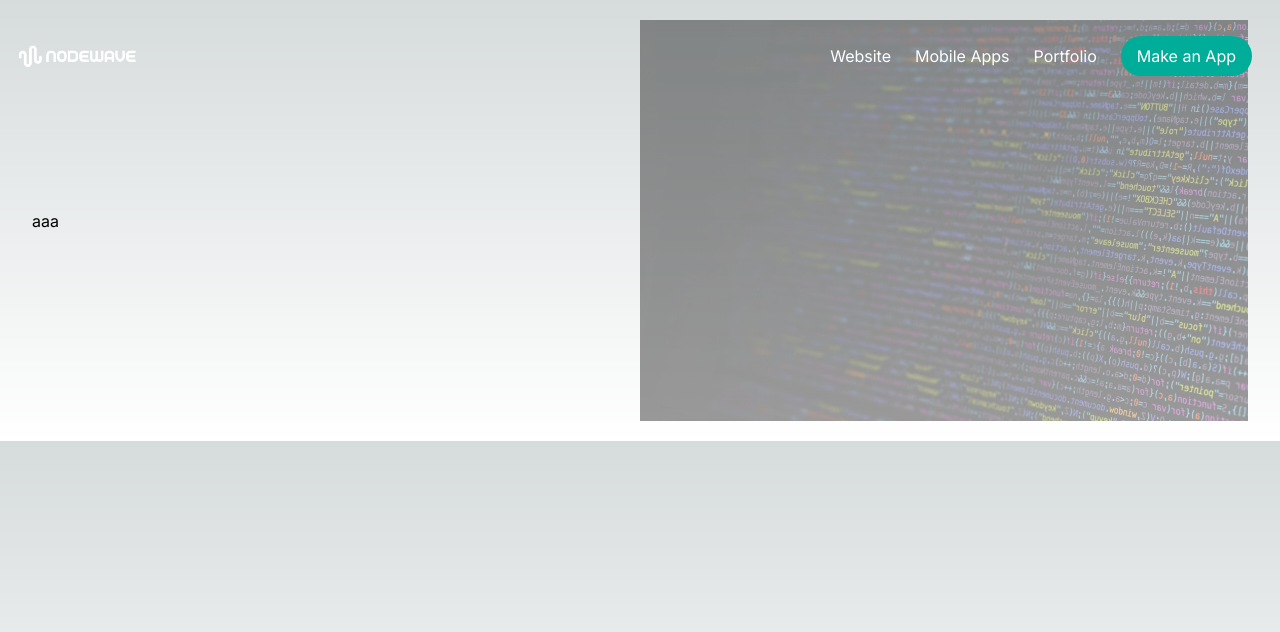
Repository: farrelmuhammad/nodewave
Page: /
An editor plug-in stored every save of this project. The page is shown before and after the next save, followed by the edit.
The browser window is 1280 px wide. The pictures show the whole page.
The project was rebuilt for these pictures with package versions that can differ from the ones it lists, and the page was loaded fresh each time. The framework's server and built-in components were replaced by stand-ins that run in the browser. Also part of the build but not shown: next.config.js.

Above is the page before, as saved 2023-09-08 13:05:28.

### src/app/page.js
import Hero from '@/components/Hero'
import Navbar from '@/components/Navbar'

export default function Home() {
  return (
    <>
      <Navbar />
      <Hero />
    </>
  )
}

### src/app/globals.css
@tailwind base;
@tailwind components;
@tailwind utilities;

@import url('https://fonts.googleapis.com/css2?family=Poppins:wght@300;400;500;600;700&display=swap');

:root {
  --foreground-rgb: 0, 0, 0;
  --background-start-rgb: 214, 219, 220;
  --background-end-rgb: 255, 255, 255;
  font-family: 'Poppins', sans-serif;
}

@media (prefers-color-scheme: dark) {
  :root {
    --foreground-rgb: 255, 255, 255;
    --background-start-rgb: 0, 0, 0;
    --background-end-rgb: 0, 0, 0;
  }
}

body {
  color: rgb(var(--foreground-rgb));
  background: linear-gradient(
      to bottom,
      transparent,
      rgb(var(--background-end-rgb))
    )
    rgb(var(--background-start-rgb));
}

@media only screen and (max-width: 768px) {
  .hero .hero-image,
  .hero .hero-caption {
    min-height: 90vh;
  }
  .hero .hero-cta {
    @apply w-12 h-12;
    transform: translateX(-75px) translateY(-50%);
    background-size: 37.5%;
  }
}

### src/components/Hero.jsx
import React from "react";
import Image from "next/image";

const Hero = () => {
  return (
    <main className="flex items-center w-full p-8 py-5 hero">
      <div className="w-1/2">aaa</div>
      <div className="w-1/2">
        <div class="relative hero-image">
          <div class="overlay inset-0 bg-black opacity-35 z-10"></div>
          <img
            src="/assets/background.png"
            alt="hero 1"
            class="absolute inset-0 md:relative w-full h-full object-cover object-center"
          />
        </div>
      </div>
    </main>
  );
};

export default Hero;

### src/components/Navbar.jsx
import React from "react";
import Image from "next/image";

const Navbar = () => {
  return (
    <header class="absolute w-full z-50 px-4">
      <div class="container mx-auto py-5">
        <div class="flex flex-stretch items-center">
          <div class="w-56 items-center flex">
            <Image src="/assets/Logo.png" width={226} height={100} alt="Logo" />
          </div>
          <div class="w-full"></div>
          <div class="w-auto py-4">
            <ul
              class="fixed bg-white inset-0 flex flex-col invisible items-center justify-center opacity-0 md:visible md:flex-row md:bg-transparent md:relative md:opacity-100 md:flex md:items-center"
              id="menu"
            >
              <li class="mx-3 py-6 md:py-0">
                <a href="#" class="text-black md:text-white hover:underline">
                  Website
                </a>
              </li>
              <li class="mx-3 py-6 md:py-0">
                <a
                  href="#"
                  class="text-black md:text-white hover:underline whitespace-nowrap overflow-ellipsis"
                >
                  Mobile Apps
                </a>
              </li>
              <li class="mx-3 py-6 md:py-0">
                <a href="#" class="text-black md:text-white hover:underline">
                  Portfolio
                </a>
              </li>
              <li class="mx-3 py-6 md:py-0">
                <button class="px-4 py-2 bg-[#00AD98] rounded-full">
                  <a
                    href="#"
                    class="text-black md:text-white hover:underline whitespace-nowrap overflow-ellipsis"
                  >
                    Make an App
                  </a>
                </button>
              </li>
            </ul>
          </div>
          <div class="w-auto">
            <ul class="items-center flex">
              <li class="ml-6 block md:hidden">
                <button
                  id="menu-toggler"
                  class="relative flex z-50 items-center justify-center w-8 h-8 text-black md:text-white focus:outline-none"
                >
                  <svg
                    class="fill-current"
                    width="18"
                    height="17"
                    viewBox="0 0 18 17"
                  >
                    <path d="M15.9773 0.461304H1.04219C0.466585 0.461304 0 0.790267 0 1.19609C0 1.60192 0.466668 1.93088 1.04219 1.93088H15.9773C16.5529 1.93088 17.0195 1.60192 17.0195 1.19609C17.0195 0.790208 16.5529 0.461304 15.9773 0.461304Z" />
                    <path d="M15.9773 7.68802H1.04219C0.466585 7.68802 0 8.01698 0 8.42281C0 8.82864 0.466668 9.1576 1.04219 9.1576H15.9773C16.5529 9.1576 17.0195 8.82864 17.0195 8.42281C17.0195 8.01692 16.5529 7.68802 15.9773 7.68802Z" />
                    <path d="M15.9773 14.9147H1.04219C0.466585 14.9147 0 15.2437 0 15.6495C0 16.0553 0.466668 16.3843 1.04219 16.3843H15.9773C16.5529 16.3843 17.0195 16.0553 17.0195 15.6495C17.0195 15.2436 16.5529 14.9147 15.9773 14.9147Z" />
                  </svg>
                </button>
              </li>
            </ul>
          </div>
        </div>
      </div>
    </header>
  );
};

export default Navbar;

Loaded but not shown: src/app/layout.js (common file); tailwind.config.js (common file)

After the next save:
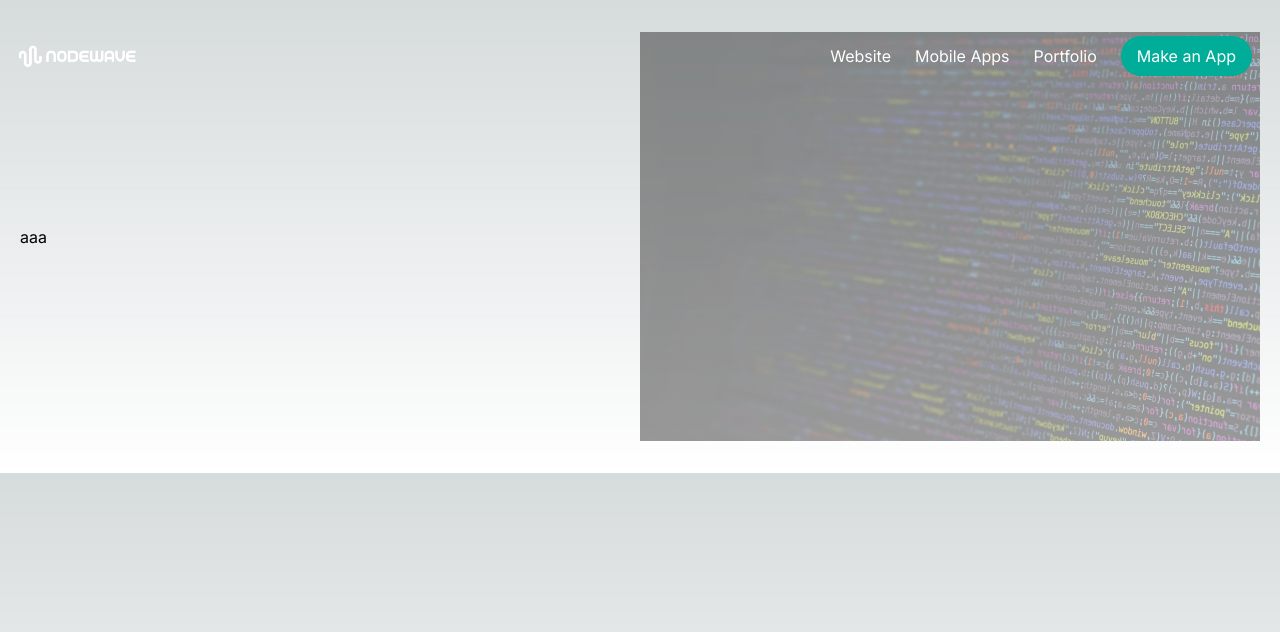
Saved 6 s later.
--- a/src/components/Hero.jsx
+++ b/src/components/Hero.jsx
@@ -3,7 +3,7 @@
 
 const Hero = () => {
   return (
-    <main className="flex items-center w-full p-8 py-5 hero">
+    <main className="flex items-center w-full p-8 px-5 hero">
       <div className="w-1/2">aaa</div>
       <div className="w-1/2">
         <div class="relative hero-image">
